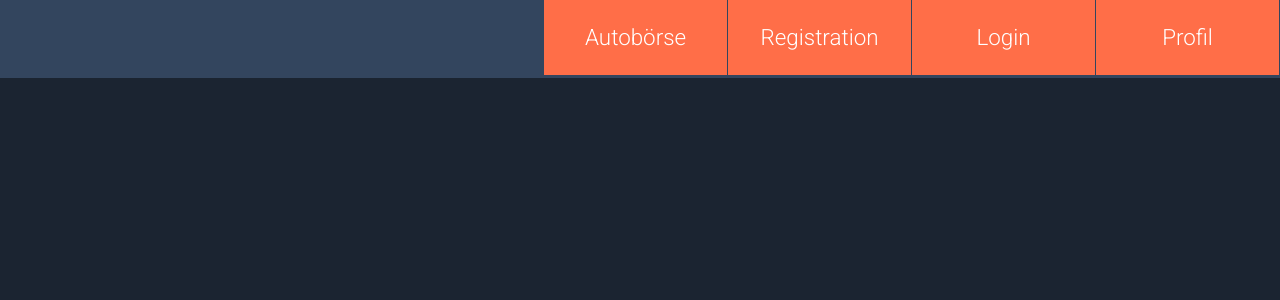
Repository: Turkelten/CarAdminstration
Page: Autobörse/WebContent/login.html
The author's editor kept a copy of each file at every save. The page is drawn from the files as they stood at one save, then again after the next save.
The browser window is 1280 px wide. The pictures show the whole page.

Above is the page before, as saved 2020-07-18 18:43:04.

After the next save:
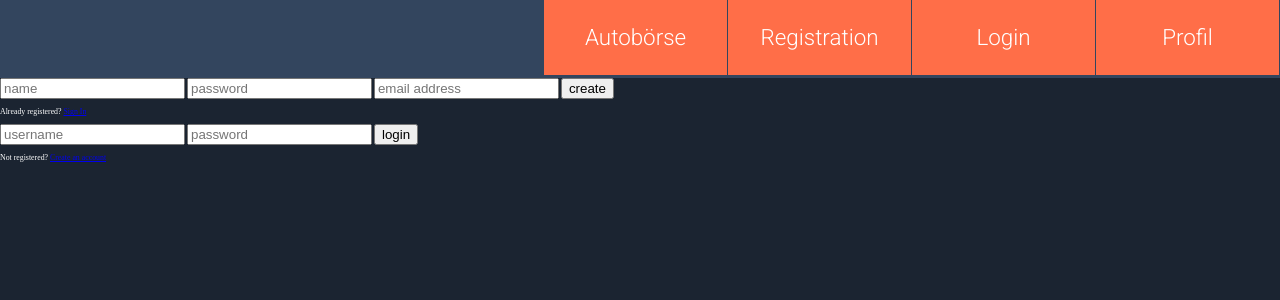
Saved 51 s later.
--- a/Autobörse/WebContent/login.html
+++ b/Autobörse/WebContent/login.html
@@ -39,6 +39,24 @@
 			</ul>
 		</nav>
 	</header>
-
+	<div class="page">
+		<div class="login-page">
+		  <div class="form">
+		    <form class="register-form">
+		      <input type="text" placeholder="name"/>
+		      <input type="password" placeholder="password"/>
+		      <input type="text" placeholder="email address"/>
+		      <button>create</button>
+		      <p class="message">Already registered? <a href="#">Sign In</a></p>
+		    </form>
+		    <form class="login-form">
+		      <input type="text" placeholder="username"/>
+		      <input type="password" placeholder="password"/>
+		      <button>login</button>
+		      <p class="message">Not registered? <a href="#">Create an account</a></p>
+		    </form>
+		  </div>
+		</div>
+	</div>
 </body>
 </html>
